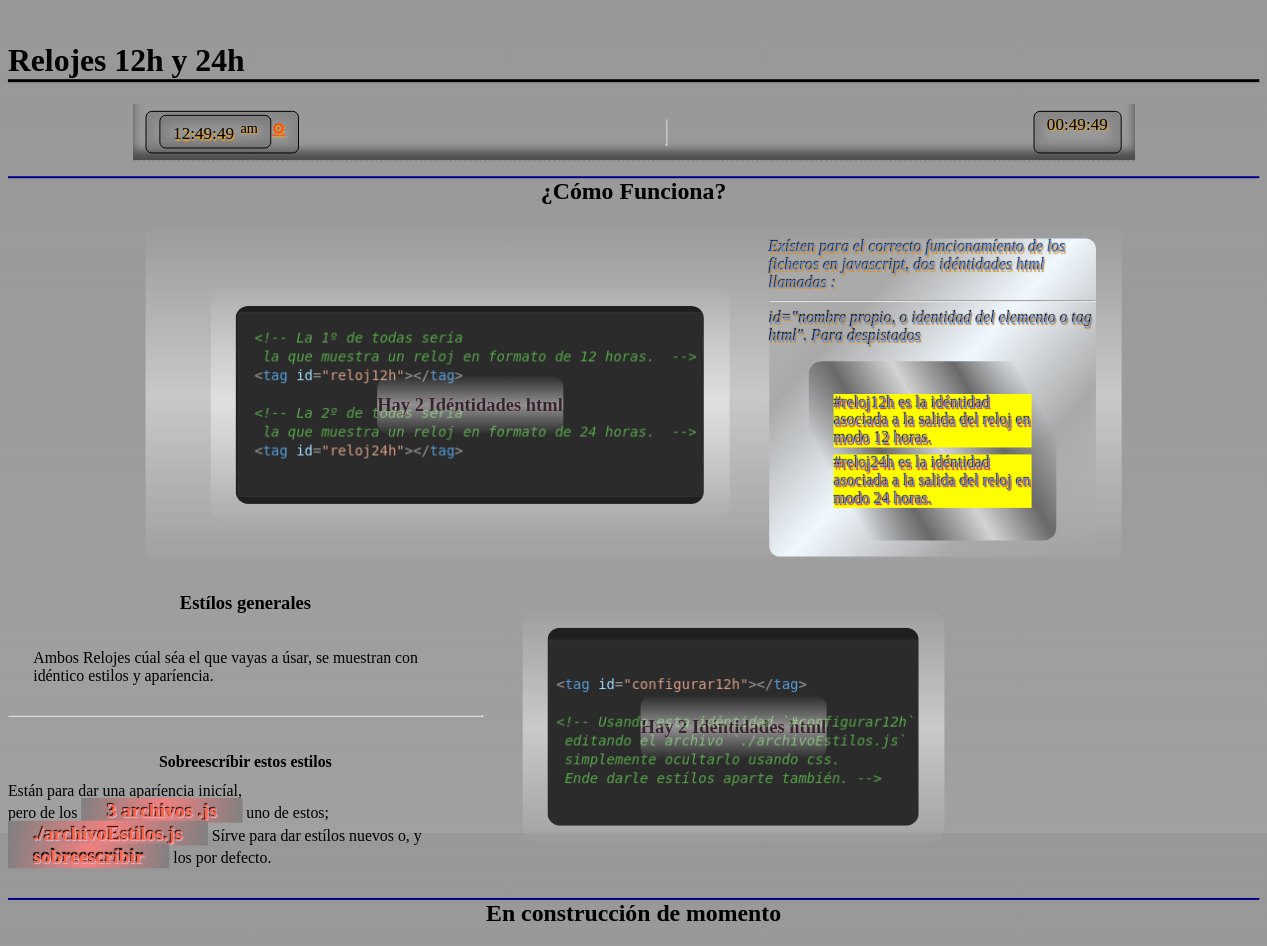
Repository: marcostonfor/clocks
Page: index.html
The author's editor kept a copy of each file at every save. The page is drawn from the files as they stood at one save, then again after a run of saves.
The browser window is 1280 px wide. The pictures show the whole page, at 99% of full size.

Above is the page before, as saved 2024-09-19 01:28:34.

### index.html
<!DOCTYPE html>
<html lang="ca-ES, en-US">

<head>
    <meta charset="utf-8">
    <meta name="viewport" content="width=device-width, initial-scale=1">
    <title>relojes</title>
    <style>

        * {
            box-sizing: border-box;
        }

        body {
            background-image: repeating-linear-gradient(0deg, hsla(0, 0%, 41%, 0.63) 12%, hsla(0, 0%, 0%, 0.404));
        }

        h1 {
            margin-top: 6vh;
            border-bottom: 0.3vw solid black;
        }

        #dosRelojes {
            width: 80%;
            height: auto;
            margin: 2vh auto;
            padding: 1vh 1vw;
            display: flex;
            border-bottom: 0.1vw dashed gray;
            /* box-shadow: inset -0.2vh 0 06px hsl(41, 100%, 50%); */
            box-shadow: inset 0 -10px 10px rgba(0, 0, 0, 0.5);
        }

        summary::marker {
            content: none !important;
        }

        summary {
            cursor: pointer !important;
            color: orangered;
            text-decoration: underline;
            margin: 0.5vh auto;
            font-size: 12pt;
        }

        #caja12h {
            display: flex;
        }

        h2 {
            text-align: center;
            margin-top: 2vh;
            border-top: 0.2vw solid darkblue;
        }

        #identidades_principales {
            display: flex;
            justify-content: space-around;
            align-items:last baseline;
            padding: 2vh 2vw;
            width: 78%;
            margin: auto auto;
            background-image: repeating-linear-gradient(0deg, transparent, hsla(0, 0%, 96%, 0.5), transparent);
            border-radius: 0.755vw;
        }

        .conFoto figure {
            position: relative;
            display: flex;
            align-items: center;
            justify-content: center;
            background-image: repeating-linear-gradient(0deg, transparent, hsla(0, 0%, 96%, 0.5), transparent);
            padding: 3vh 2vw;
            border-radius: 1.6vw;
        }

        .conFoto figure img {
            border-radius: 1vw;
        }

        .conFoto figure figcaption {
            position: absolute;
            border-radius: 1vw;
            text-shadow: 0 0 1px hotpink;
            background-image:  repeating-linear-gradient(0deg, transparent, hsla(0, 0%, 96%, 0.5), transparent);
            mix-blend-mode: screen;
        }

        .conTexto  {
            width: fit-content;
            height: auto;
            color: cornflowerblue;
            text-shadow: 0.1vh 0.1vw 1px rgb(220, 140, 20), -0.1vh -0.1vw 1px black;
            background-image: repeating-linear-gradient(132deg, transparent, darkgray, aliceblue, darkgray, transparent);
            border-radius: 0.8vw;
        }

        .conTexto blockquote {
            padding: 2vw;
            border-radius: 1vw;
            background-image: linear-gradient(-120deg, transparent 12%, dimgray, lightgray, dimgray, transparent, transparent);
        }

        .conTexto blockquote mark {
            text-shadow: 0.1vh 0.1vw 1px rgb(220, 20, 60), -0.1vh -0.1vw 1px black;
            color: cornflowerblue !important;
            display: block;
            margin: 1vh auto;
        }

        #estilos_generales {
            width: 78%;
            display: flex;
            justify-content: space-around;
            align-items: center;

        }

        #estilos_generales article h3 {
            text-align: center;
            width: fit-content;
            margin: 3vh auto;
        }

        #textoGeneral {
            padding: 2vh 2vw;
            width: fit-content;
            /* border: 0.2vw solid black; */
            overflow: hidden;
        }

        .hache3 {
            display: block !important;
            text-align: center;
            margin: 1.5vh auto;
        }

        .code_md {
            font-weight: 800;
            font-size: calc(1em * 1.25);
            background-image: repeating-linear-gradient(98deg, gray, lightcoral, gray);
            padding: 0.2vh 2vw;
            color: tomato;
            text-shadow: 0.1vh 0.1vw 1px thistle, -0.1vh -0.1vw 1px black;
            box-shadow: ;
        }
    </style>
</head>

<body>
    <header>
        <h1>Relojes 12h y 24h</h1>
        <aside id="dosRelojes">
            <div id="caja12h">
                <div id="reloj12h"></div>
            </div>
            <hr>
            <div id="reloj24h"></div>
        </aside>
        <nav></nav>
    </header>
    <main>
        <h2>¿Cómo Funciona?</h2>
        <section id="identidades_principales">
            <article class="conFoto">
                <figure>
                    <img src="./img/identidadesPrincipales.png" alt="foto de las id principales">
                <figcaption><h3>Hay 2 Idéntidades html</h3></figcaption>
                </figure>
            </article>
            <article class="conTexto">
                    <cite>Exísten para el correcto funcionamíento de los ficheros en javascript, dos idéntidades html
                        llamadas :</cite> <hr /><cite>id="nombre propio, o identidad del elemento o tag html". Para despistados</cite>
                <blockquote>
                    <mark>#reloj12h es la idéntidad asociada a la salida del reloj en modo 12 horas.</mark>

                    <mark>#reloj24h es la idéntidad asociada a la salida del reloj en modo 24 horas.</mark>
                </blockquote>
            </article>
        </section>
        <section id="estilos_generales">
            <article>
                <h3>Estílos generales</h3>
                <p id="textoGeneral">
                    Ambos Relojes cúal séa el que vayas a úsar, se muestran con idéntico estilos y aparíencia. <br><hr><br><strong class="hache3">Sobreescríbir estos estilos</strong>
                    Están para dar una aparíencia inicíal, <br> pero de los <span class="code_md">3 archivos .js</span> uno de estos;

                    <span class="code_md">./archivoEstilos.js</span> Sírve para dar estílos nuevos o, y <span class="code_md">sobreescríbir</span> los por defecto.
                </p>
            </article>
            <article class="conFoto">
                <figure>
                    <img src="./img/fotoDetails12h.png" alt="foto de las id principales">
                <figcaption><h3>Hay 2 Idéntidades html</h3></figcaption>
                </figure>
            </article>
        </section>
    </main>
    <h2>En construcción de momento</h2>
    <script type="module" src="./relojes.js"></script>
</body>

</html>

<!--<p>Este es un texto con un <span style="font-size: 125%;">texto 25% más grande</span> que el resto.</p>
-->

### relojes.js

import { estilosPersonales } from './archivoEstilos.js';
import { conf12h } from './archivoConfiguracion.js';
function laHora() {
	const Reloj = class {
		constructor(formato, salida) {
			this.ahora = new Date();
			this.reloj = {
				hora: this.ahora.getHours(),
				minuto: this.ahora.getMinutes(),
				segundo: this.ahora.getSeconds()
			};
			this._formato = formato;
			this._salida = salida;
		}

		get formato() {
			return this._formato;
		}

		get salida() {
			return this._salida;
		}

		set formato(horaActual) {
			this._formato = horaActual;
		}

		set salida(output) {
			this._salida = output;
		}

		anyadirCero(formatear) {
			return formatear <= 9 ? "0" + formatear : formatear;
		}

		_12h() {
			let horas = this.reloj.hora % 12;
			if (horas === 0) horas = 12;
			const amOpm = this.reloj.hora >= 12 ? "pm" : "am";
			this._formato = `${this.anyadirCero(horas)}:${this.anyadirCero(this.reloj.minuto)}:${this.anyadirCero(this.reloj.segundo)}<sup>${amOpm}</sup>`;
			return this._formato;
		}

		_24h() {
			this._formato = `${this.anyadirCero(this.reloj.hora)}:${this.anyadirCero(this.reloj.minuto)}:${this.anyadirCero(this.reloj.segundo)}`;
			return this._formato;
		}
	};

	const laSalida = () => {
		const salida = document.getElementById("reloj12h");
		const salida24h = document.getElementById("reloj24h");
		const doceHoras = new Reloj();
	//	salida.innerHTML = doceHoras._12h();
	//	salida24h.innerHTML = doceHoras._24h();

 // Verifica si existe el elemento #reloj12h
 if (salida) {
	salida.innerHTML = doceHoras._12h();
	conf12h(); // Llamada a la función conf12h() si el elemento existe
}

// Verifica si existe el elemento #reloj24h
if (salida24h) {
	salida24h.innerHTML = doceHoras._24h();
}


	function estiloscss(estilosPersonales) {

		const estils = document.createElement('STYLE');
		estils.textContent = `
* {
    box-sizing: border-box;
}

div {
    text-align: center;
    width: fit-content;
    border: 0.1vw solid black;
    font-size: 13pt;
    padding: 0.5vh 1vw;
    box-shadow: inset 0 0 10px 10px hsla(0, 0%, 41%, 0.397);
    font-family: 'Comic Sans MS';
    color: black;
    text-shadow: 0.1vh 0.1vw 1px orange;
    border-radius: 0.5vw;
}


sup {
    margin-left: 0.5vw !important;
}
	`;
		if (estilosPersonales) {
			estils.textContent += estilosPersonales;
		}


		document.head.appendChild(estils);
}

	// Llamada a la función con estilos adicionales
	estiloscss(estilosPersonales);


	};

// estiloscss();
return setInterval(laSalida, 1000);
}
laHora();

### archivoEstilos.js
export const estilosPersonales = `

    `;

### archivoConfiguracion.js
export function conf12h() {
    const config = document.createElement('DETAILS');
    const summary = document.createElement('SUMMARY');
    summary.innerHTML = `&#9881;`;
    config.appendChild(summary);

    // Verificar si el checkbox ya existe
    if (!document.getElementById('miCheckbox')) {
        const checkbox = document.createElement('input');
        checkbox.type = 'checkbox';
        checkbox.id = 'miCheckbox';
        checkbox.checked = true; // Mostrar <sup> por defecto

        const label = document.createElement('label');
        label.htmlFor = 'miCheckbox'; // Asegúrate de que coincida con el id del checkbox
        label.textContent = 'Ver "am" "pm"';

        // Crear un elemento <style> para manejar la visibilidad de <sup>
        let estils = document.getElementById('dynamicStyles');
        if (!estils) {
            estils = document.createElement('style');
            estils.id = 'dynamicStyles';
            document.head.appendChild(estils);
        }

        // Función para actualizar el estilo de <sup>
        const updateSupVisibility = () => {
            if (checkbox.checked) {
                estils.textContent = `
                    sup {
                        display: inline !important;
                    }
                `;
            } else {
                estils.textContent = `
                    sup {
                        display: none !important;
                    }
                `;
            }
        };

        // Inicializar el estilo de <sup>
        updateSupVisibility();

        // Agregar un evento al checkbox para alternar la visibilidad de <sup>
        checkbox.addEventListener('change', updateSupVisibility);

        const mostrarConfiguracion = document.getElementById('caja12h');
        // Agregar el checkbox y el label al cuerpo del documento
        label.appendChild(checkbox);
        config.appendChild(label);
        mostrarConfiguracion.appendChild(config);
    }
}

After the next 4 saves:
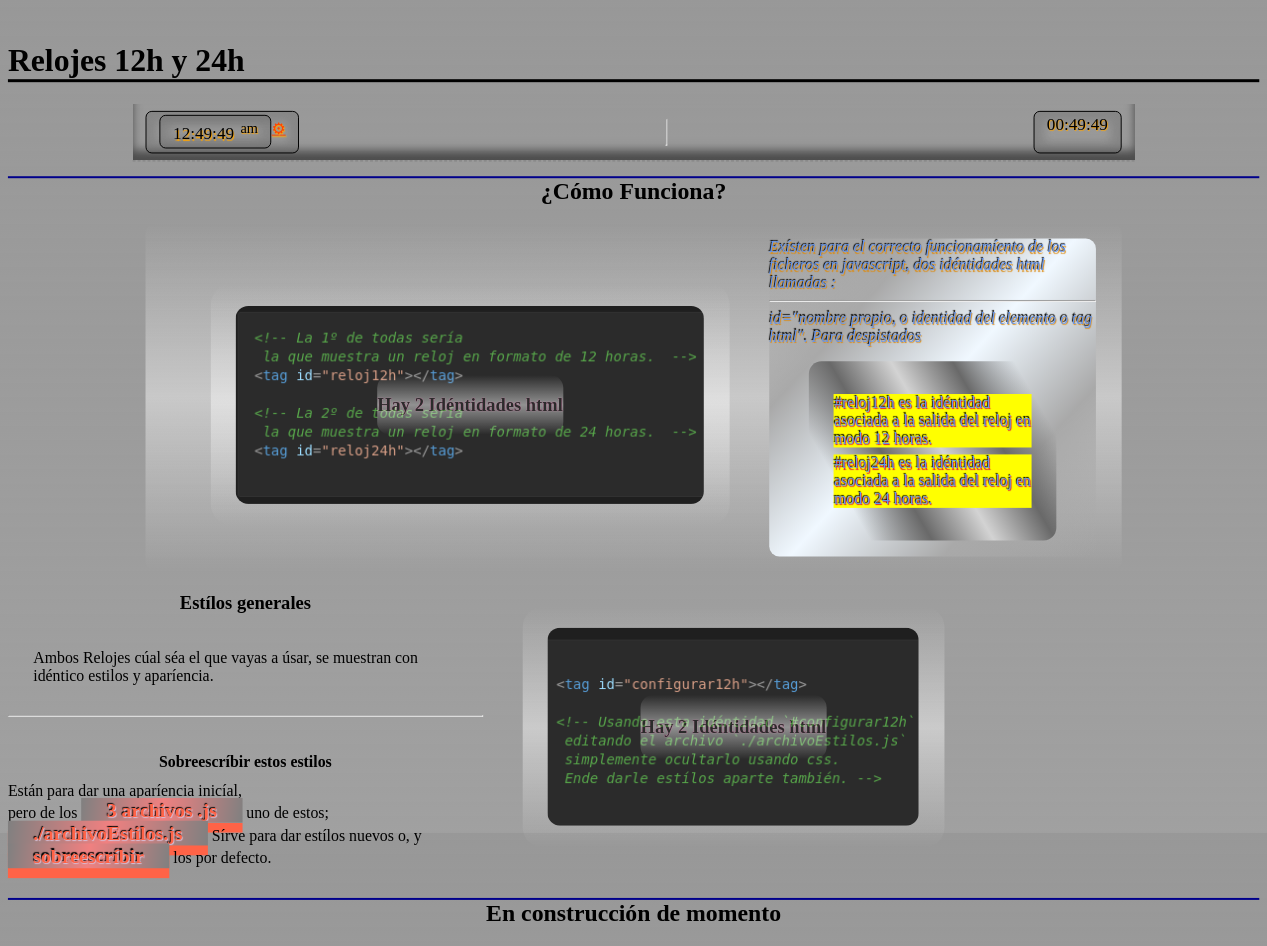
The 4 saves are shown as one change because they came seconds apart.
The last was saved 16 s later.
--- a/index.html
+++ b/index.html
@@ -142,7 +142,7 @@
             padding: 0.2vh 2vw;
             color: tomato;
             text-shadow: 0.1vh 0.1vw 1px thistle, -0.1vh -0.1vw 1px black;
-            box-shadow: ;
+            box-shadow: 0 10px ;
         }
     </style>
 </head>
